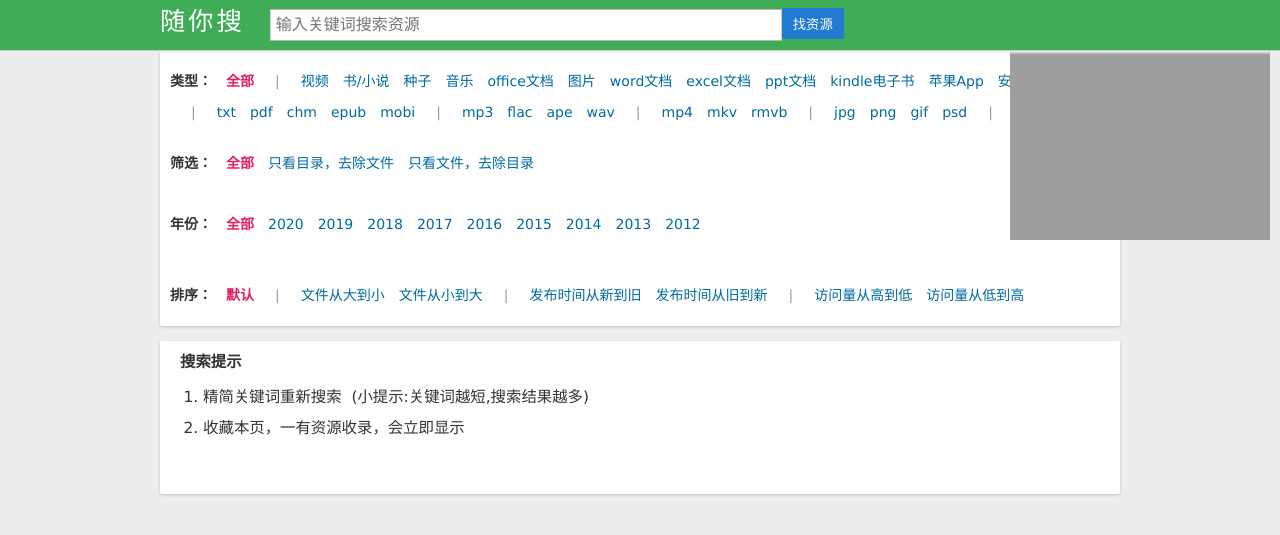
Repository: youngsailsail/nodeStudy
Page: / (app in 爬虫/前端vue/search-book/)
An editor plug-in stored every save of this project. The page is shown before and after the next save, followed by the edit.
The browser window is 1280 px wide. The pictures show the whole page.
Pictures or frames that could not be fetched are drawn as grey boxes. The project was rebuilt for these pictures with package versions that can differ from the ones it lists, and the page was loaded fresh each time. Also part of the build but not shown: 爬虫/前端vue/search-book/vue.config.js.

Above is the page before, as saved 2020-05-09 22:39:03.

After the next save:
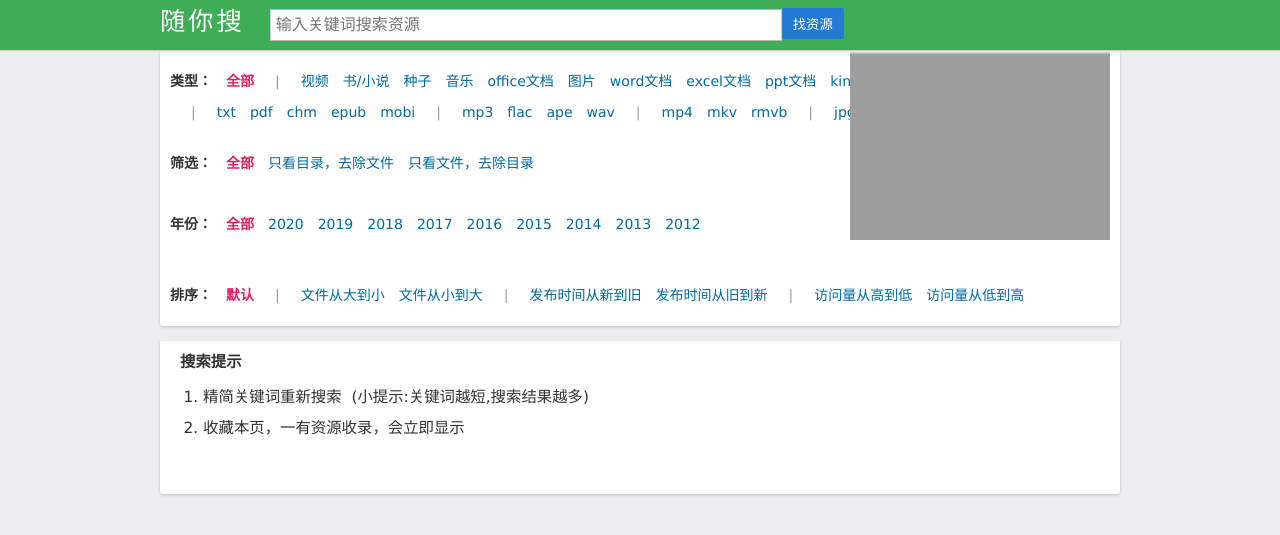
Saved 10 s later.
--- a/爬虫/前端vue/search-book/src/components/FilterBook.vue
+++ b/爬虫/前端vue/search-book/src/components/FilterBook.vue
@@ -149,6 +149,9 @@ export default {
 };
 </script>
 <style lang="scss" scoped>
+.container {
+  position: relative;
+}
 .iframe {
   position: absolute;
   right: 10px;
